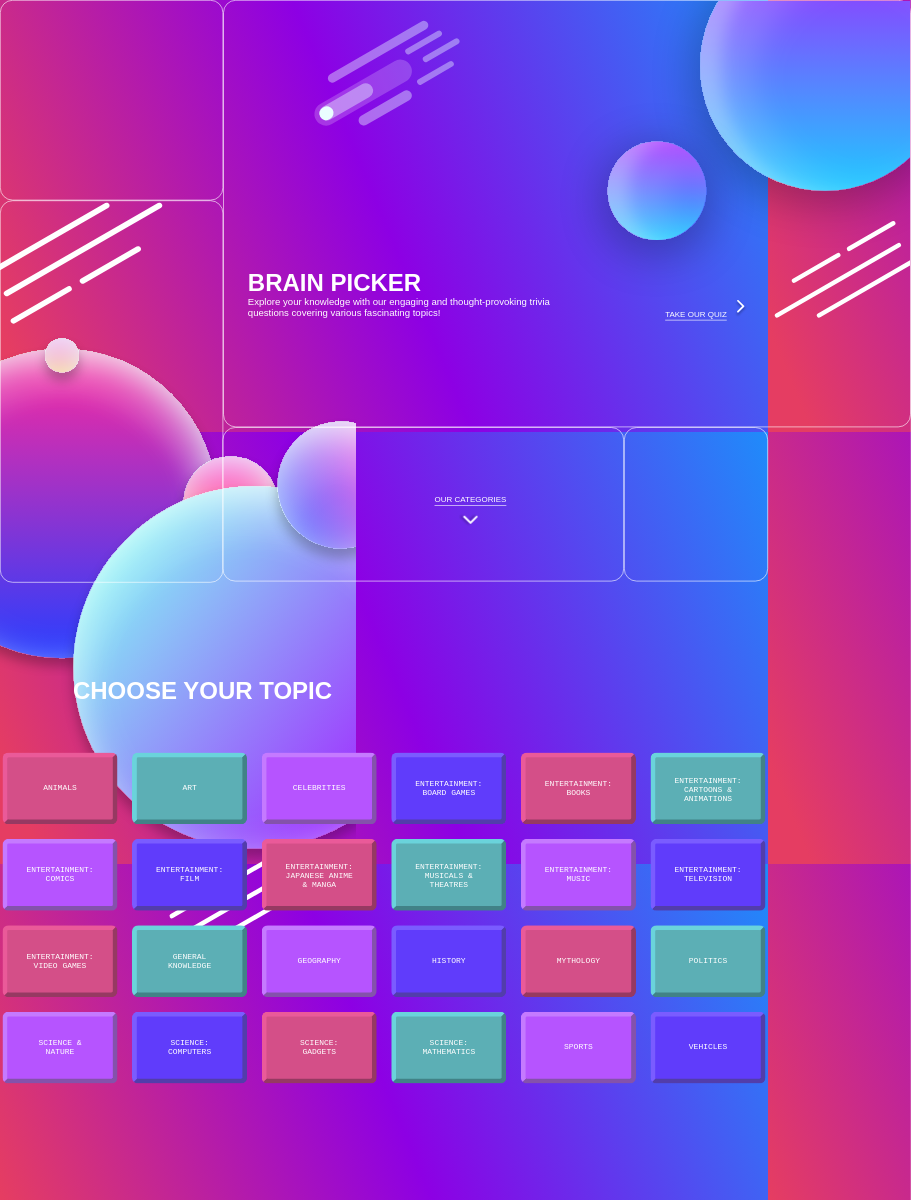
Repository: pjiang604/COMP-2170_Final-Project
Page: index.html
An editor plug-in stored every save of this project. The page is shown before and after the next save, followed by the edit.
The browser window is 1280 px wide. The page is 1518 px wide, so the pictures cover 1518 px, including what lies to the right of the window. The pictures show the whole page, at 60% of full size.
Backgrounds fixed to the window are drawn as part of the page.

Above is the page before, as saved 2023-04-30 13:37:26.

After the next save:
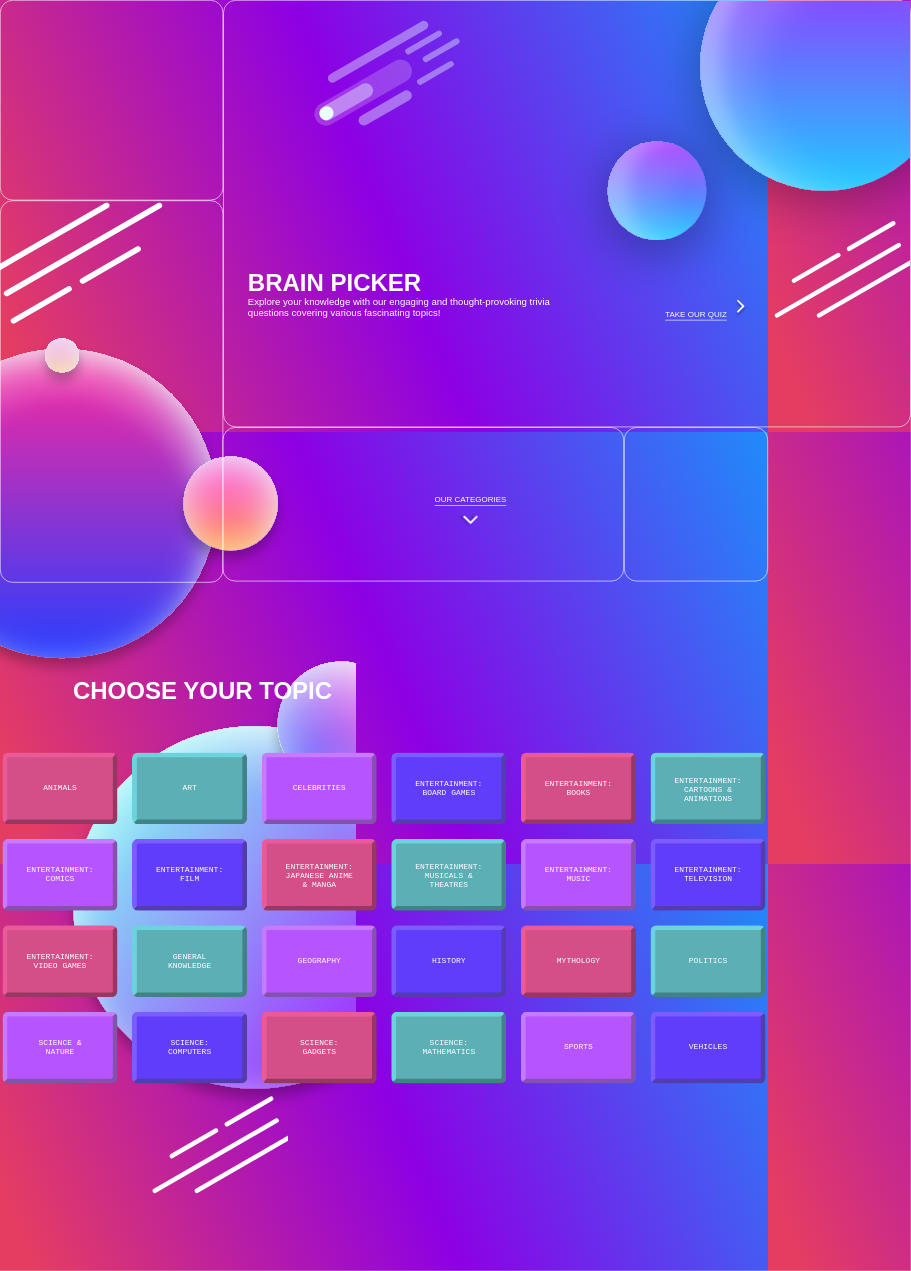
Saved 13 s later.
--- a/style.css
+++ b/style.css
@@ -263,6 +263,6 @@ body {
 .graphics_bottom{
 	position: absolute;
 	width: 30rem;
-	top: 35rem;
+	top: 60rem;
 	z-index: -1;
 }
